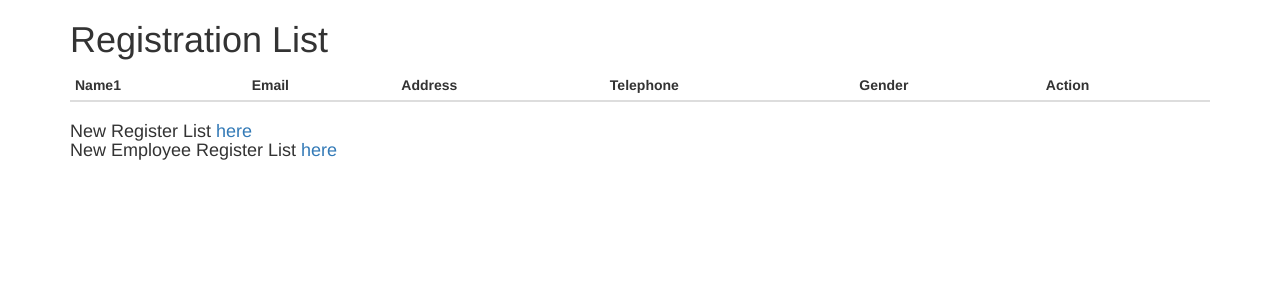
Repository: SACHINnANYAKKARA/2nd_Year_final_Project
Page: http://localhost/SpringMVCHibernateCRUD/WEB-INF/pages/home.jsp
An editor plug-in stored every save of this project. The page is shown before and after the next save, followed by the edit.
The browser window is 1280 px wide. The pictures show the whole page.
The page is served by Tomcat 9. Nobody is signed in. The template is opened directly, without the code that normally fills it, so the values that code supplies are empty.

Above is the page before, as saved 2018-03-28 10:06:20.

After the next save:
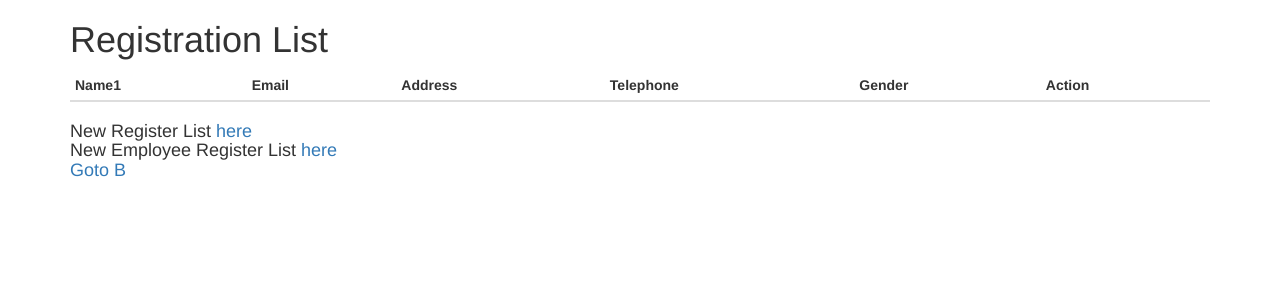
Saved 40 s later.
--- a/SpringMVCHibernateCRUD/src/main/webapp/WEB-INF/pages/home.jsp
+++ b/SpringMVCHibernateCRUD/src/main/webapp/WEB-INF/pages/home.jsp
@@ -50,6 +50,8 @@
 			New Register List <a href="newStock">here</a>
 			</br>
 			New Employee Register List <a href="newStock">here</a>
+		    </br>
+		    <a href="Patient.jsp">Goto B</a>
 
 
 		</h4>
